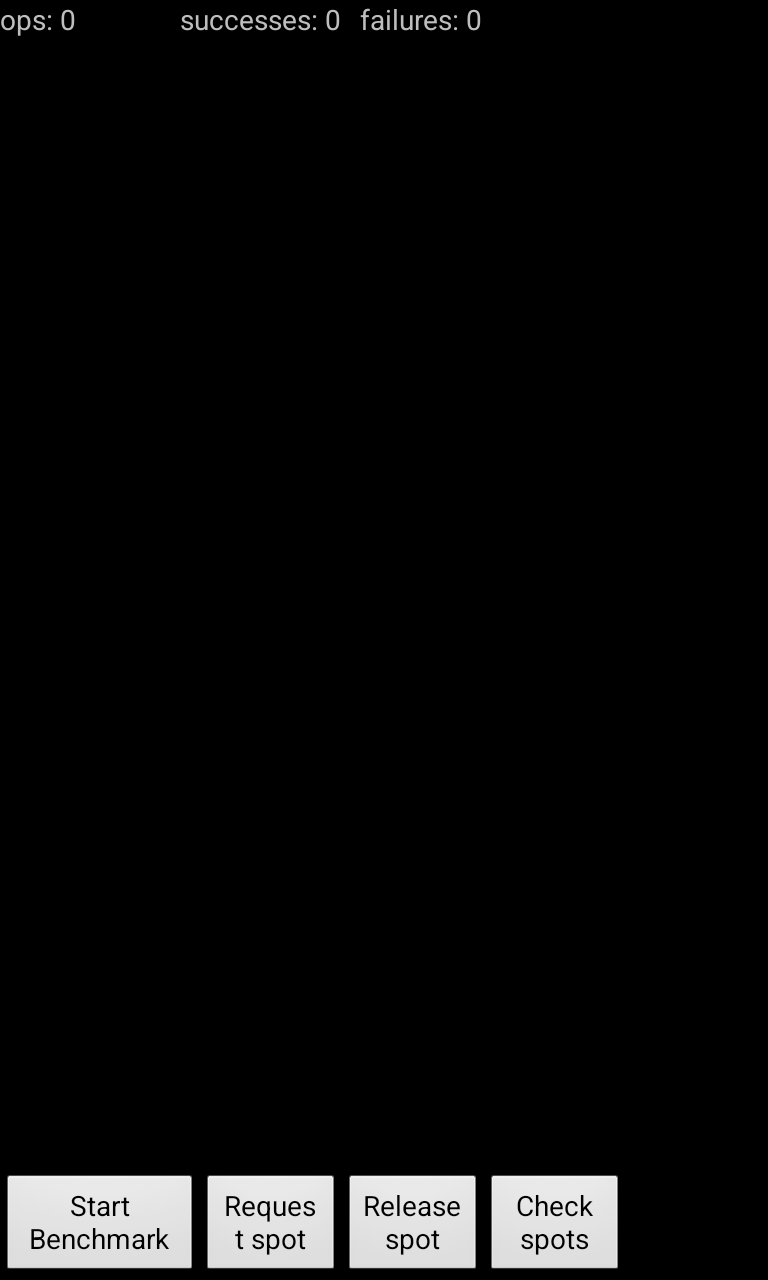
Repository: jasongao/csmcode
Layout: current/workspace/SMCloud/res/layout/main.xml
These files come from the project's save history. The layout is drawn as it stood at one moment and after a run of saves; the edit follows.
It is drawn on a 768 x 1280 px phone screen (xhdpi) without system bars, with theme android:Theme; the app's code is not run. Lists and similar views that code fills are empty.

Above is the layout before, as saved 2011-07-14 16:01:30.

After the next 2 saves:
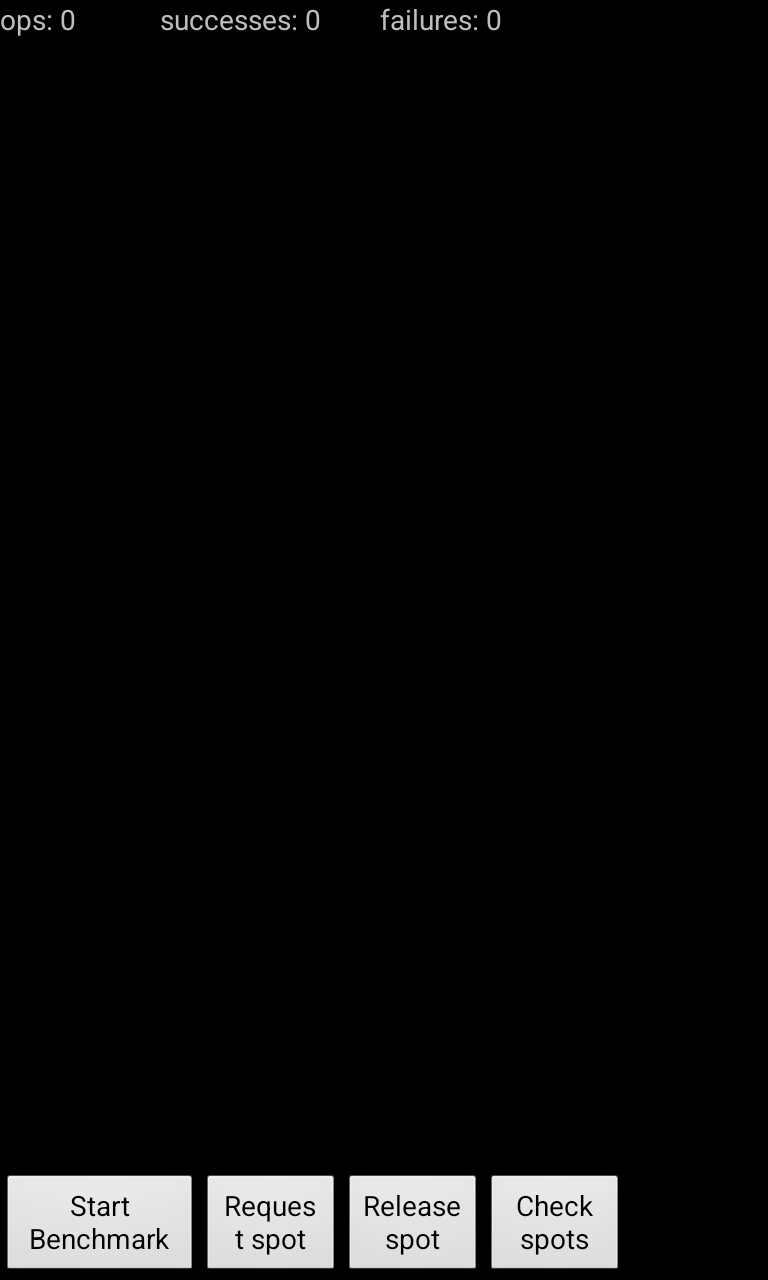
The 2 saves are shown as one change because they came seconds apart.
The last was saved 19 s later.
--- a/current/workspace/SMCloud/res/layout/main.xml
+++ b/current/workspace/SMCloud/res/layout/main.xml
@@ -6,9 +6,9 @@
 	<LinearLayout android:layout_width="match_parent"
 		android:layout_height="wrap_content" android:id="@+id/CountInfoLayout">
 		<TextView android:text="ops: 0" android:layout_height="wrap_content"
-			android:id="@+id/opcount_tv" android:layout_width="90dip"></TextView>
+			android:id="@+id/opcount_tv" android:layout_width="80dip"></TextView>
 		<TextView android:text="successes: 0" android:layout_height="wrap_content"
-			android:id="@+id/successcount_tv" android:layout_width="90dip"></TextView>
+			android:id="@+id/successcount_tv" android:layout_width="110dip"></TextView>
 		<TextView android:text="failures: 0" android:layout_height="wrap_content"
 			android:id="@+id/failurecount_tv" android:layout_width="90dip"></TextView>
 	</LinearLayout>
